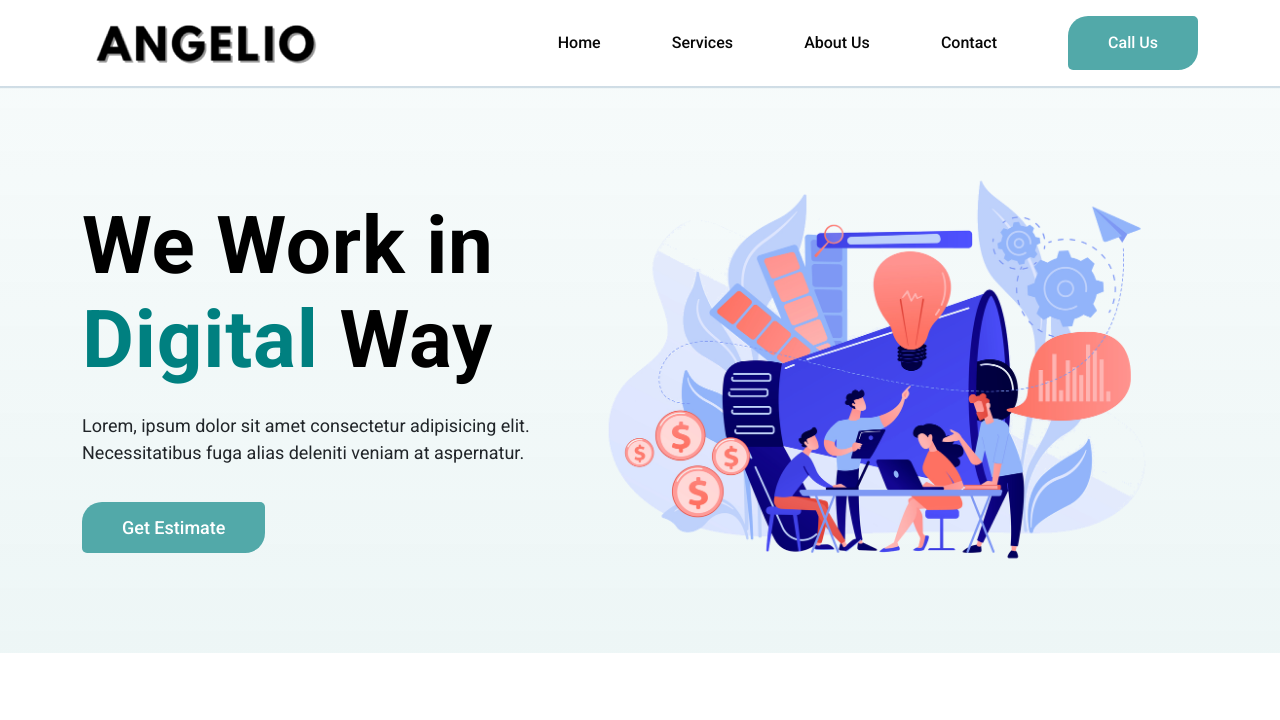
Repository: nazmulalok/landing-page-angelio
Page: index.html
An editor plug-in stored every save of this project. The page is shown before and after the next save, followed by the edit.
The browser window is 1280 px wide. The pictures show the whole page.

Above is the page before, as saved 2022-09-04 17:18:35.

After the next save:
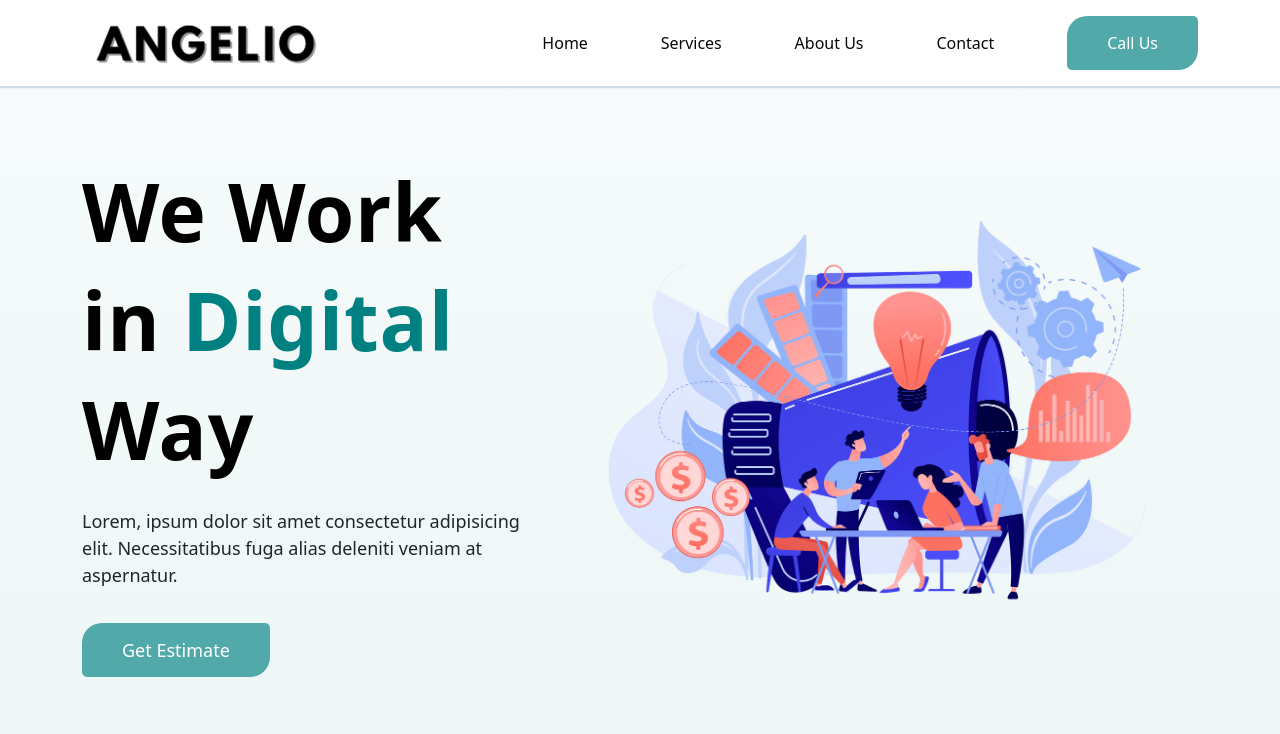
Saved 38 h 30 min later.
--- a/style.css
+++ b/style.css
@@ -1,5 +1,5 @@
-:root body {
-    font-family: 'Roboto', sans-serif;
+:root {
+    --primary-color: #52a9a9;
 }
 
 nav {

After the 3 saves that followed:
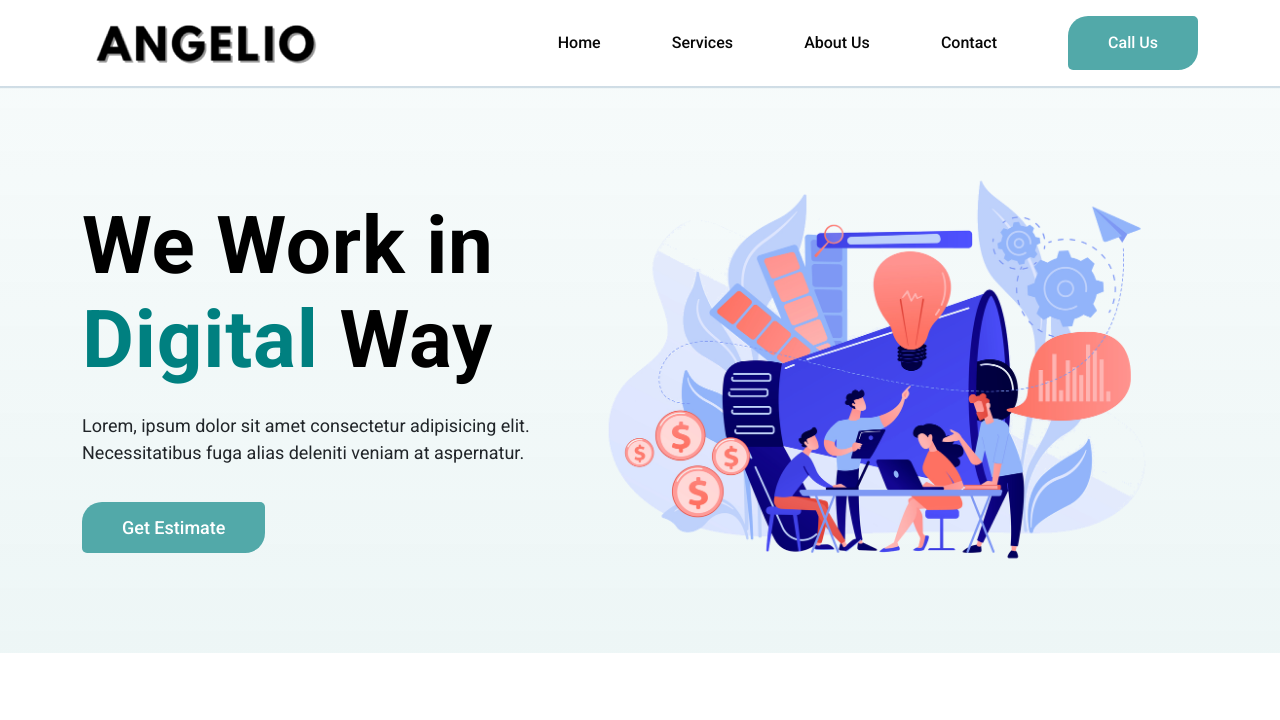
The 3 saves are shown as one change because 2 left the picture as it was.
The last was saved 4 min 27 s later.
--- a/style.css
+++ b/style.css
@@ -1,5 +1,11 @@
 :root {
     --primary-color: #52a9a9;
+    --secondary-color: #000000;
+    --main-font: 'Roboto', sans-serif;
+}
+
+body {
+    font-family: var(--main-font);
 }
 
 nav {
